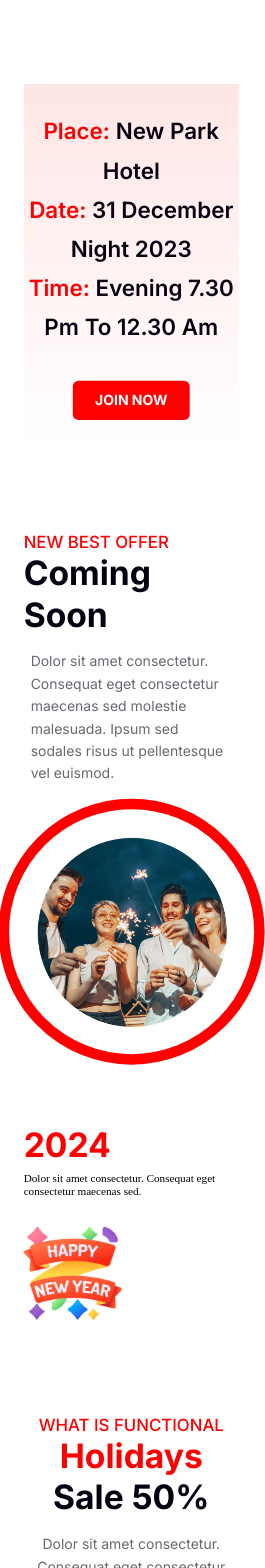
Repository: ShouravAhammed/simple-responsive-new-year
Page: index.html
The author's editor kept a copy of each file at every save. The page is drawn from the files as they stood at one save, then again after the next save.
The browser window is 375 px wide. The page is 378 px wide, so the pictures cover 378 px, including what lies to the right of the window. The pictures show the part of the page from y = 0 to 2240 px (the page is 7460 px tall before and 7348 px after), at 70% of full size.

Above is the page before, as saved 2024-01-11 16:40:51.

After the next save:
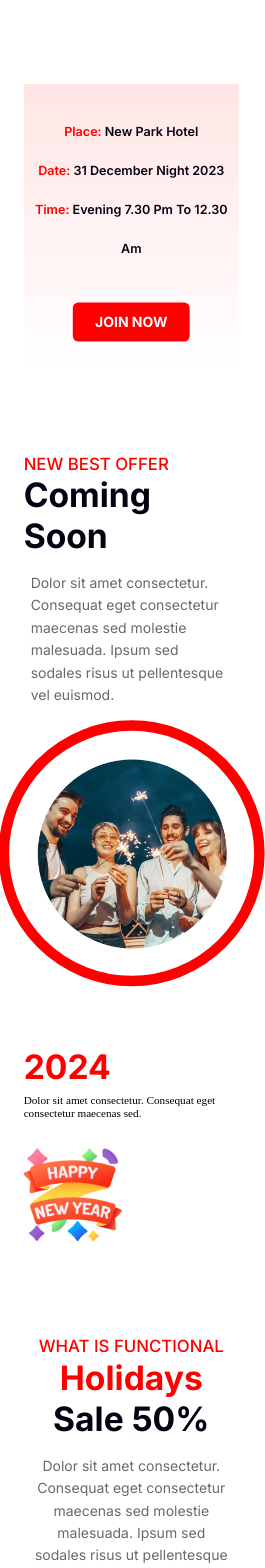
Saved 105 s later.
--- a/Style/style.css
+++ b/Style/style.css
@@ -493,4 +493,8 @@
     .announce-content {
         padding: 40px 0;
     }
-}
+    .announce-content .announce-title {
+        font-size: 18px;
+        font-weight: 600;
+    }
+}
